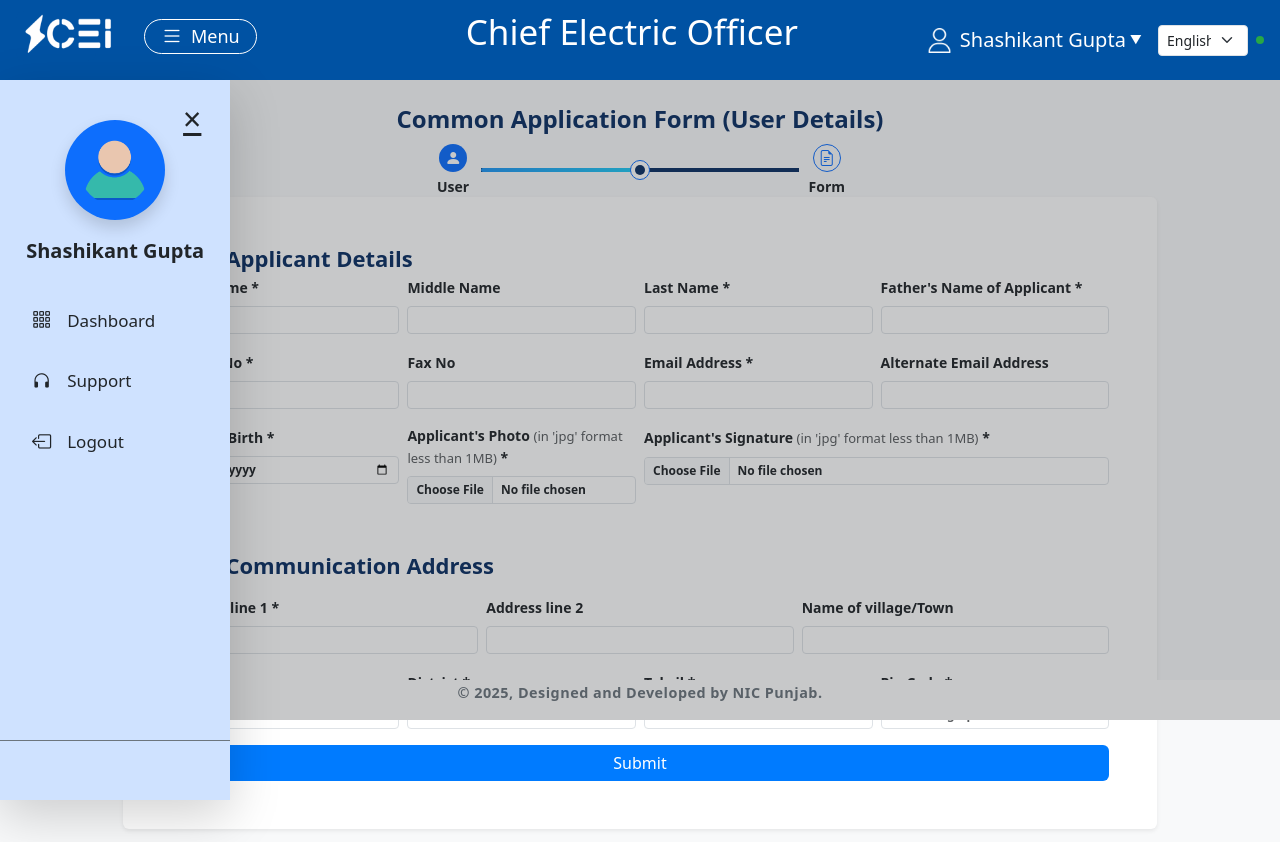
Repository: shashikantdev93-gif/CEI-sept
Page: /RegisterationForm, after clicking the first element matching `button.btn`
An editor plug-in stored every save of this project. The page is shown before and after the next save, followed by the edit.
The browser window is 1280 px wide. The pictures show the whole page.
The page's requests for data from a server got no answer. The project was rebuilt for these pictures with package versions that can differ from the ones it lists, and the page was loaded fresh each time. No one was signed in, and anything a server would have sent is missing. Also part of the build but not shown: vite.config.ts, src/components/PageComponent/Header2.tsx, src/components/PageComponent/PageHeader.tsx, src/components/Illustration/Illustration.tsx, src/components/CardContainer/CardContainer.tsx, src/hooks/useFormValidation.ts, src/hooks/useCaptcha.ts, src/hooks/useSignupValidation.ts and 6 more. Imported but missing from the stored project, and not drawn on this page: src/components/ui.

Above is the page before, as saved 2025-07-28 08:50:52.

### src/index.css
:root {
  font-family: Inter, -apple-system, BlinkMacSystemFont, "Segoe UI", Roboto, "Helvetica Neue", Arial, sans-serif, "Apple Color Emoji", "Segoe UI Emoji", "Segoe UI Symbol";
  line-height: 1.5;
  font-weight: 400;

  color-scheme: light dark;
  color: rgba(255, 255, 255, 0.87);
  background-color: #242424;

  font-synthesis: none;
  text-rendering: optimizeLegibility;
  -webkit-font-smoothing: antialiased;
  -moz-osx-font-smoothing: grayscale;
}

a {
  font-weight: 500;
  color: #646cff;
  text-decoration: inherit;
}
a:hover {
  color: #535bf2;
}

/* Global Reset */
*, *::before, *::after {
  margin: 0;
  padding: 0;
  box-sizing: border-box;
}

html, body {
  margin: 0;
  padding: 0;
  width: 100%;
  height: 100%;
}

body {
  margin: 0;
  padding: 0;
}

h1 {
  font-size: 3.2em;
  line-height: 1.1;
}

button {
  border-radius: 8px;
  border: 1px solid transparent;
  padding: 0.6em 1.2em;
  font-size: 1em;
  font-weight: 500;
  font-family: inherit;
  background-color: #1a1a1a;
  cursor: pointer;
  transition: border-color 0.25s;
}
button:hover {
  border-color: #646cff;
}
button:focus,
button:focus-visible {
  outline: 4px auto -webkit-focus-ring-color;
}

@media (prefers-color-scheme: light) {
  :root {
    color: #213547;
    background-color: #ffffff;
  }
  a:hover {
    color: #747bff;
  }
  button {
    background-color: #f9f9f9;
  }
}

### src/App.tsx
import Router from "./router/router";
import './App.css'
import './styles/main.css'
import "bootstrap-icons/font/bootstrap-icons.css";

function App() {

  return <Router />;

}

export default App

### src/router/router.tsx

import { BrowserRouter as Router, Routes, Route } from "react-router-dom";
import BaseLayout from "../layouts/BaseLayout";
import Login from "../pages/login/login";
import Signup from "../pages/signup/signup";
import Register from "../pages/register/register";


const RouterPage = () => (
  <Router>
    <Routes>
      <Route path="/" element={<Login />} />
      <Route path="/login" element={<Login />} />
      <Route path="/signup" element={<Signup />} />
      <Route
        path="/RegisterationForm"
        element={
          <BaseLayout headerType="Header1">
            <Register />
          </BaseLayout>
        }
      />
    </Routes>
  </Router>
);

export default RouterPage;

### src/App.css
#root {
  margin: 0;
  padding: 0;
  width: 100%;
  height: 100%;
}

.logo {
  height: 6em;
  padding: 1.5em;
  will-change: filter;
  transition: filter 300ms;
}
.logo:hover {
  filter: drop-shadow(0 0 2em #646cffaa);
}
.logo.react:hover {
  filter: drop-shadow(0 0 2em #61dafbaa);
}

@keyframes logo-spin {
  from {
    transform: rotate(0deg);
  }
  to {
    transform: rotate(360deg);
  }
}

@media (prefers-reduced-motion: no-preference) {
  a:nth-of-type(2) .logo {
    animation: logo-spin infinite 20s linear;
  }
}

.card {
  padding: 2em;
}

.read-the-docs {
  color: #888;
}

### src/layouts/BaseLayout.tsx
import React from 'react';
import Header1 from '../components/PageComponent/Header1';
import Header2 from '../components/PageComponent/Header2';

type HeaderType = 'Header1' | 'Header2' | 'none';

interface BaseLayoutProps {
  headerType?: HeaderType;
  children: React.ReactNode;
}

const BaseLayout: React.FC<BaseLayoutProps> = ({ headerType = 'Header1', children }) => {
  const headers: Record<Exclude<HeaderType, 'none'>, React.ReactElement> = {
    Header1: <Header1 />,
    Header2: <Header2 />,
  };

  return (
    <>
      {headerType !== 'none' && headers[headerType]}
      <main>{children}</main>
    </>
  );
};

export default BaseLayout;

### src/pages/register/register.tsx
import "bootstrap/dist/css/bootstrap.min.css";
import "../../styles/main.css";
import Footer from "../../components/Footer/Footer";
import { useState } from "react";

const Login = () => {
  const [toasts, setToasts] = useState<Record<string, boolean>>({});

  const handleInputChange = (fieldName: string, value: string, maxLength: number) => {
    if (value.length >= maxLength) {
      setToasts(prev => ({ ...prev, [fieldName]: true }));
      setTimeout(() => {
        setToasts(prev => ({ ...prev, [fieldName]: false }));
      }, 3000);
    } else {
      setToasts(prev => ({ ...prev, [fieldName]: false }));
    }
  };

  const renderToast = (fieldName: string, maxLength: number) => {
    return toasts[fieldName] ? (
      <div
        className="alert alert-sm mt-1 py-1 px-2"
        style={{
          fontSize: '1em',
          position: 'absolute',
          zIndex: 1000,
          width: '70%',
          top: '100%',
          left: 0,
          backgroundColor: '#e20000',
          color: 'white',
          border: 'none',
        }}
      >
        Maximum {maxLength} characters allowed
      </div>
    ) : null;
  };

  return (
    <div className="registeration-bg min-vh-100" style={{ padding: "5px", backgroundColor: "#f8f9fa", marginTop: "80px" }}>
      <div className="container-fluid">
        <div className="row justify-content-center">
          <div className="col-10">
            <div className="w-100 d-flex justify-content-center align-items-center" style={{ marginTop: '20px', marginBottom: '10px' }}>
              <h4 className="mb-0 fw-bold text-center" style={{ color: '#0c3064' }}>Common Application Form (User Details)</h4>
            </div>

            {/* Progress Bar */}
            <div className="d-flex justify-content-center" style={{ width: "100%" }}>
              <div className="w-90 d-flex align-items-center" style={{ minHeight: "40px", width: "40%" }}>
                {/* Left checkpoint */}
                <div className="d-flex flex-column align-items-center" style={{ width: "40px" }}>
                  <div className="bg-primary text-white rounded-circle d-flex align-items-center justify-content-center" style={{ width: "28px", height: "28px" }}>
                    <i className="bi bi-person-fill"></i>
                  </div>
                  <span className="small fw-semibold mt-1" style={{ fontSize: "0.85em" }}>User</span>
                </div>

                {/* Progress line with center checkpoint */}
                <div className="flex-grow-1 position-relative mx-2" style={{ height: "8px" }}>
                  {/* Line */}
                  <div style={{
                    position: "absolute",
                    top: "50%",
                    left: 0,
                    right: 0,
                    height: "4px",
                    background: "#0c3064",
                    transform: "translateY(-50%)"
                  }} />

                  {/* Fill left side till center checkpoint */}
                  <div style={{
                    position: "absolute",
                    top: "50%",
                    left: 0,
                    width: "50%",
                    height: "4px",
                    background: "linear-gradient(90deg, #2196f3 0%, #21cbf3 100%)",
                    borderRadius: "2px",
                    transform: "translateY(-50%)"
                  }} />

                  {/* Center checkpoint */}
                  <div style={{
                    position: "absolute",
                    top: "50%",
                    left: "50%",
                    transform: "translate(-50%, -50%)"
                  }}>
                    <div className="bg-white border border-primary rounded-circle" style={{ width: "20px", height: "20px", display: "flex", alignItems: "center", justifyContent: "center" }}>
                      <span style={{ width: "10px", height: "10px", background: "#0c3064", borderRadius: "50%", display: "block" }}></span>
                    </div>
                  </div>
                </div>

                {/* Right checkpoint */}
                <div className="d-flex flex-column align-items-center" style={{ width: "40px" }}>
                  <div className="bg-light border border-primary text-primary rounded-circle d-flex align-items-center justify-content-center" style={{ width: "28px", height: "28px" }}>
                    <i className="bi bi-file-earmark-text"></i>
                  </div>
                  <span className="small fw-semibold mt-1" style={{ fontSize: "0.85em" }}>Form</span>
                </div>
              </div>
            </div>

            {/* Form Section */}
            <div className="card border-0 shadow-sm mb-2">
              <div className="card-body p-3">
                {/* Section 1: Applicant Details */}
                <h6 className="mb-1 fw-bold" style={{ color: '#0c3064' }}>
                  <i className="bi bi-person-circle me-2"></i>1. Applicant Details
                </h6>
                <div className="row g-2 mb-2">
                  <div className="col-md-3" style={{ position: 'relative' }}>
                    <label className="form-label fw-semibold small">First Name *</label>
                    <input
                      type="text"
                      className="form-control form-control-sm"
                      maxLength={25}
                      onChange={(e) => handleInputChange('firstName', e.target.value, 25)}
                    />
                    {renderToast('firstName', 25)}
                  </div>
                  <div className="col-md-3" style={{ position: 'relative' }}>
                    <label className="form-label fw-semibold small">Middle Name</label>
                    <input
                      type="text"
                      className="form-control form-control-sm"
                      maxLength={25}
                      onChange={(e) => handleInputChange('middleName', e.target.value, 25)}
                    />
                    {renderToast('middleName', 25)}
                  </div>
                  <div className="col-md-3" style={{ position: 'relative' }}>
                    <label className="form-label fw-semibold small">Last Name *</label>
                    <input
                      type="text"
                      className="form-control form-control-sm"
                      maxLength={25}
                      onChange={(e) => handleInputChange('lastName', e.target.value, 25)}
                    />
                    {renderToast('lastName', 25)}
                  </div>
                  <div className="col-md-3" style={{ position: 'relative' }}>
                    <label className="form-label fw-semibold small">Father's Name of Applicant *</label>
                    <input
                      type="text"
                      className="form-control form-control-sm"
                      maxLength={50}
                      onChange={(e) => handleInputChange('fatherName', e.target.value, 50)}
                    />
                    {renderToast('fatherName', 50)}
                  </div>
                </div>

                <div className="row g-2 mb-2 mt-1">
                  <div className="col-md-3" style={{ position: 'relative' }}>
                    <label className="form-label fw-semibold small">Mobile No *</label>
                    <input
                      type="text"
                      className="form-control form-control-sm"
                      maxLength={10}
                      onChange={(e) => handleInputChange('mobile', e.target.value, 10)}
                    />
                    {renderToast('mobile', 10)}
                  </div>
                  <div className="col-md-3">
                    <label className="form-label fw-semibold small">Fax No</label>
                    <input type="text" className="form-control form-control-sm" />
                  </div>
                  <div className="col-md-3" style={{ position: 'relative' }}>
                    <label className="form-label fw-semibold small">Email Address *</label>
                    <input
                      type="email"
                      className="form-control form-control-sm"
                      maxLength={50}
                      onChange={(e) => handleInputChange('email', e.target.value, 50)}
                    />
                    {renderToast('email', 50)}
                  </div>
                  <div className="col-md-3" style={{ position: 'relative' }}>
                    <label className="form-label fw-semibold small">Alternate Email Address</label>
                    <input
                      type="email"
                      className="form-control form-control-sm"
                      maxLength={50}
                      onChange={(e) => handleInputChange('altEmail', e.target.value, 50)}
                    />
                    {renderToast('altEmail', 50)}
                  </div>
                </div>

                <div className="row g-2 mb-3 mt-1">
                  <div className="col-md-3">
                    <label className="form-label fw-semibold small">Date Of Birth *</label>
                    <input type="date" className="form-control form-control-sm" placeholder="mm/dd/yyyy" />
                  </div>
                  <div className="col-md-3">
                    <label className="form-label fw-semibold small">Applicant's Photo <span className="text-muted">(in 'jpg' format less than 1MB)</span> *</label>
                    <input type="file" className="form-control form-control-sm" accept=".jpg,.jpeg" />
                  </div>
                  <div className="col-md-6">
                    <label className="form-label fw-semibold small">
                      Applicant's Signature
                      <span className="text-muted"> (in 'jpg' format less than 1MB)</span> *
                    </label>
                    <input type="file" className="form-control form-control-sm" accept=".jpg,.jpeg" />
                  </div>
                </div>

                {/* Section 2: Communication Address */}
                <h6 className="mb-3 mt-5 fw-bold" style={{ color: '#0c3064' }}>
                  <i className="bi bi-geo-alt me-2"></i>2. Communication Address
                </h6>
                <div className="row g-2 mb-3">
                  <div className="col-md-4" style={{ position: 'relative' }}>
                    <label className="form-label fw-semibold small">Address line 1 *</label>
                    <input
                      type="text"
                      className="form-control form-control-sm"
                      maxLength={150}
                      onChange={(e) => handleInputChange('address1', e.target.value, 150)}
                    />
                    {renderToast('address1', 150)}
                  </div>
                  <div className="col-md-4" style={{ position: 'relative' }}>
                    <label className="form-label fw-semibold small">Address line 2</label>
                    <input
                      type="text"
                      className="form-control form-control-sm"
                      maxLength={150}
                      onChange={(e) => handleInputChange('address2', e.target.value, 150)}
                    />
                    {renderToast('address2', 150)}
                  </div>
                  <div className="col-md-4" style={{ position: 'relative' }}>
                    <label className="form-label fw-semibold small">Name of village/Town</label>
                    <input
                      type="text"
                      className="form-control form-control-sm"
                      maxLength={150}
                      onChange={(e) => handleInputChange('village', e.target.value, 150)}
                    />
                    {renderToast('village', 150)}
                  </div>
                </div>

                <div className="row g-2 mb-3">
                  <div className="col-md-3">
                    <label className="form-label fw-semibold small">State *</label>
                    <select className="form-select form-select-sm">
                      <option value="Punjab">Punjab</option>
                    </select>
                  </div>
                  <div className="col-md-3">
                    <label className="form-label fw-semibold small">District *</label>
                    <select className="form-select form-select-sm">
                      <option value="">-Select District-</option>
                    </select>
                  </div>
                  <div className="col-md-3">
                    <label className="form-label fw-semibold small">Tehsil *</label>
                    <select className="form-select form-select-sm">
                      <option value="">-Select Tehsil-</option>
                    </select>
                  </div>
                  <div className="col-md-3" style={{ position: 'relative' }}>
                    <label className="form-label fw-semibold small">Pin Code *</label>
                    <input
                      type="text"
                      className="form-control form-control-sm"
                      placeholder="Enter 6-digit pincode"
                      maxLength={6}
                      onChange={(e) => handleInputChange('pincode', e.target.value, 6)}
                    />
                    {renderToast('pincode', 6)}
                  </div>
                </div>

                <div className="d-grid gap-2">
                  <button type="submit" className="btn btn-primary" style={{ backgroundColor: '#007bff', border: 'none' }}>
                    Submit
                  </button>
                </div>
              </div>
            </div>
          </div>
        </div>
      </div>
      <Footer />
    </div>
  );
};

export default Login;

### src/components/Logo/Logo.tsx
import React from "react";

interface LogoProps {
  title?: string;
  subtitle?: string;
  titleColor?: string;
}

const Logo: React.FC<LogoProps & { subtitleColor?: string }> = ({
  title = "Chief Electric ",
  subtitle = "Inspector",
  titleColor = "#0c3064",
  subtitleColor = "#0c3064",
}) => {
  return (
    <div className="mb-4 d-flex align-items-center">
      <img
        src="/assets/images/cei_logo.jpg"
        alt="Logo"
        style={{ height: "40px", width: "90px", marginTop: "20px", marginLeft: "8px" }}
      />
      <span className="fw-bold" style={{ fontSize: "27px", height: "30px", marginTop: "10px", marginLeft: "25px", color: titleColor, whiteSpace: "nowrap" }}>
        {title} <span style={{ color: subtitleColor }}>{subtitle}</span>
      </span>
    </div>
  );
};

export default Logo;

### src/components/Footer/Footer.tsx
import React from "react";

interface FooterProps {
  text?: string;
}

const Footer: React.FC<FooterProps> = ({
  text = "© 2025, Designed and Developed by NIC Punjab."
}) => {
  return (
    <div className="position-fixed bottom-0 w-100 text-center pb-3 bg-white" style={{ left: 0 }}>
      <span style={{ fontSize: '.9em', fontWeight: 800, color: '#6c757d', letterSpacing: '0.5px' }}>
        {text}
      </span>
    </div>
  );
};

export default Footer;

### src/utils/index.ts
export { default as authService } from './authService';
export * from './validators';
export * from './navigation';

### src/styles/sidebar-zoom.css
/* Sidebar text zoom effect */
.sidebar-zoom-text {
  transition: transform 0.2s cubic-bezier(0.4,0,0.2,1);
  display: inline-block;
}
.sidebar-zoom-text:hover {
  transform: scale(1.15);
}

### src/lib/index.ts
export { default as encryptionService } from './encryptionService';
export { default as API_CONFIG } from './config';

### src/utils/validators.ts

export interface ValidationResult {
  isValid: boolean;
  error?: string;
}

export class FormValidators {

  static required(value: string): ValidationResult {
    if (!value || value.trim().length === 0) {
      return {
        isValid: false,
        error: 'This field is required',
      };
    }
    return { isValid: true };
  }

static minLength(value: string, min: number): ValidationResult {
    if (value.length < min) {
      return {
        isValid: false,
        error: `Minimum length is ${min} characters`,
      };
    }
    return { isValid: true };
  }

static maxLength(value: string, max: number): ValidationResult {
    if (value.length > max) {
      return {
        isValid: false,
        error: `Maximum length is ${max} characters`,
      };
    }
    return { isValid: true };
  }

static email(value: string): ValidationResult {
    const emailRegex = /^[^\s@]+@[^\s@]+\.[^\s@]+$/;
    if (!emailRegex.test(value)) {
      return {
        isValid: false,
        error: 'Please enter a valid email address',
      };
    }
    return { isValid: true };
  }

static noSpaces(value: string): ValidationResult {
    const hasSpace = /\s/.test(value);
    if (hasSpace) {
      return {
        isValid: false,
        error: 'Spaces are not allowed',
      };
    }
    return { isValid: true };
  }

static username(value: string): ValidationResult {
    const requiredCheck = this.required(value);
    if (!requiredCheck.isValid) return requiredCheck;

    const minLengthCheck = this.minLength(value, 3);
    if (!minLengthCheck.isValid) return minLengthCheck;

    return { isValid: true };
  }

static password(value: string): ValidationResult {
    const requiredCheck = this.required(value);
    if (!requiredCheck.isValid) return requiredCheck;

    const minLengthCheck = this.minLength(value, 6);
    if (!minLengthCheck.isValid) return minLengthCheck;

    return { isValid: true };
  }

static captcha(value: string): ValidationResult {
    const requiredCheck = this.required(value);
    if (!requiredCheck.isValid) return requiredCheck;

    const lengthCheck = this.minLength(value, 4);
    if (!lengthCheck.isValid) return lengthCheck;

    const maxLengthCheck = this.maxLength(value, 4);
    if (!maxLengthCheck.isValid) return maxLengthCheck;

    return { isValid: true };
  }
}

### src/lib/config.ts

const API_CONFIG = {
  BASE_URL: import.meta.env.VITE_API_URL || 'http://localhost:5143/api',

  ENDPOINTS: {
    AUTH: {
      LOGIN: '/Auth/Login',
      CAPTCHA: '/Auth/GetCaptchaImage',
      LOGOUT: '/Auth/Logout',
      REFRESH_TOKEN: '/Auth/RefreshToken',
    },
    USER: {
      PROFILE: '/User/Profile',
      UPDATE_PROFILE: '/User/UpdateProfile',
    },
  },

  TIMEOUT: 30000,

  DEFAULT_HEADERS: {
    'Content-Type': 'application/json',
    'Accept': 'application/json',
  },
};

export default API_CONFIG;

Loaded but not shown: index.html (common file); src/main.tsx (common file); src/lib/interceptor.ts (340 lines, source omitted); src/hooks/useAuth.ts (214 lines, source omitted); src/styles/main.css (310 lines, source omitted); src/utils/authService.ts (191 lines, source omitted); src/components/PageComponent/Header1.tsx (133 lines, source omitted); src/components/PageComponent/Sidebar.tsx (105 lines, source omitted); src/lib/encryptionService.ts (93 lines, source omitted); src/utils/navigation.ts (91 lines, source omitted)

After the next save:
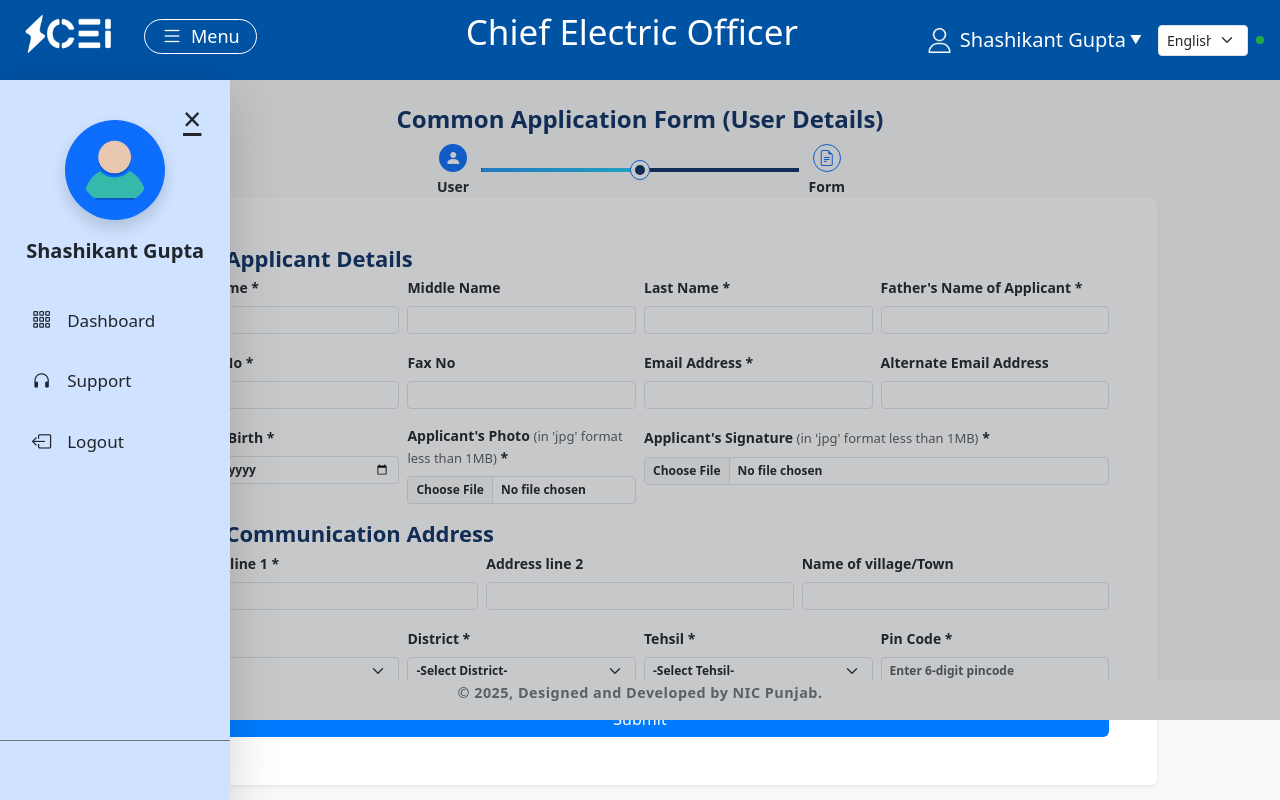
Saved 16 s later.
--- a/src/pages/register/register.tsx
+++ b/src/pages/register/register.tsx
@@ -212,7 +212,7 @@ const Login = () => {
                 </div>
 
                 {/* Section 2: Communication Address */}
-                <h6 className="mb-3 mt-5 fw-bold" style={{ color: '#0c3064' }}>
+                <h6 className="mb-1 mt-2 fw-bold" style={{ color: '#0c3064' }}>
                   <i className="bi bi-geo-alt me-2"></i>2. Communication Address
                 </h6>
                 <div className="row g-2 mb-3">
